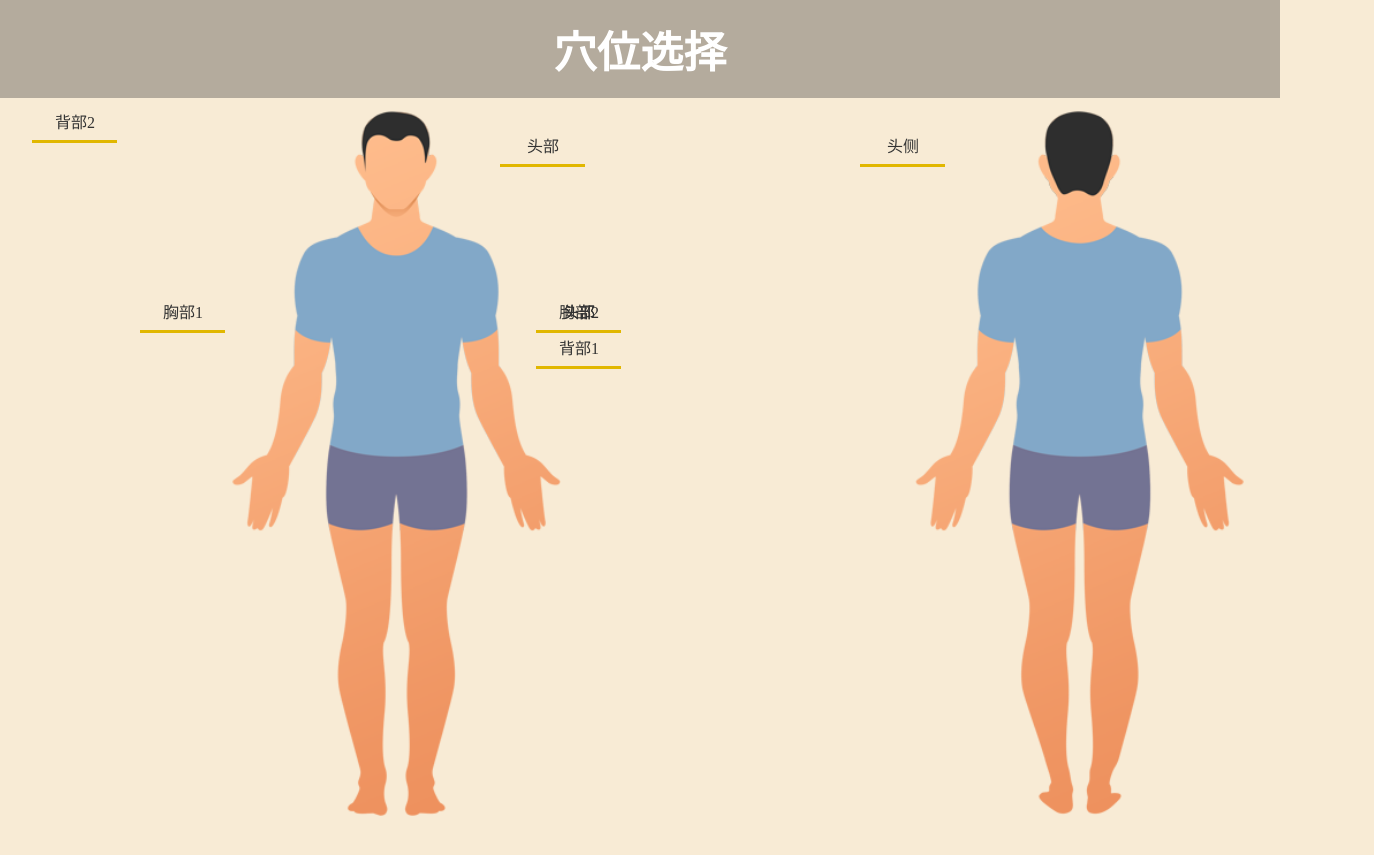
Repository: chjyume/zhongyi
Page: xuewei.html
These files come from the project's save history. The page is drawn as it stood at one moment and after a run of saves; the edit follows.
The browser window is 1280 px wide. The page is 1368 px wide, then 1374 px, so the pictures cover 1374 px, including what lies to the right of the window. The pictures show the whole page.

Above is the page before, as saved 2023-09-12 21:09:30.

### xuewei.html
<!DOCTYPE html>
<html>

<head>
  <meta charset="utf-8" />
  <title>穴位</title>
  <link rel="stylesheet" type="text/css" href="css/xuewei.css">
</head>

<body>
  <header class="top-bar">
    <h1>穴位选择</h1>
  </header>
  <div class="container">
    <img src="img/xuewei/man1.png" alt="正面" class="img1">
    <img src="img/xuewei/man2.png" alt="反面" class="img2">
    <div class="btn1">
      <div class="btn-wrapper"> <svg height="45" width="150" xmlns="#">
          <rect id="button1" height="45" width="150"></rect>
        </svg>
        <div id="text"> <a href="">头部</a> </div>
      </div>
    </div>
    <div class="btn2">
      <div class="btn-wrapper"> <svg height="45" width="150" xmlns="#">
          <rect id="button1" height="45" width="150"></rect>
        </svg>
        <div id="text"> <a href="">头侧</a> </div>
      </div>
    </div>
    <div class="btn3">
      <div class="btn-wrapper"> <svg height="45" width="150" xmlns="#">
          <rect id="button1" height="45" width="150"></rect>
        </svg>
        <div id="text"> <a href="">胸部1</a> </div>
      </div>
    </div>
    <div class="btn4">
      <div class="btn-wrapper"> <svg height="45" width="150" xmlns="#">
          <rect id="button1" height="45" width="150"></rect>
        </svg>
        <div id="text"> <a href="">胸部2</a> </div>
      </div>
    </div>
    <div class="btn5">
      <div class="btn-wrapper"> <svg height="45" width="150" xmlns="#">
          <rect id="button1" height="45" width="150"></rect>
        </svg>
        <div id="text"> <a href="">背部1</a> </div>
      </div>
    </div>
    <div class="btn6">
      <div class="btn-wrapper"> <svg height="45" width="150" xmlns="#">
          <rect id="button1" height="45" width="150"></rect>
        </svg>
        <div id="text"> <a href="">背部2</a> </div>
      </div>
    </div>
    <div class="btn4">
      <div class="btn-wrapper"> <svg height="45" width="150" xmlns="#">
          <rect id="button1" height="45" width="150"></rect>
        </svg>
        <div id="text"> <a href="">头部</a> </div>
      </div>
    </div>
    <div class="btn4">
      <div class="btn-wrapper"> <svg height="45" width="150" xmlns="#">
          <rect id="button1" height="45" width="150"></rect>
        </svg>
        <div id="text"> <a href="">头部</a> </div>
      </div>
    </div>
  </div>
</body>

</html>

### css/xuewei.css
body{
    background-color: rgb(248, 235, 213);
    margin: 0;
    padding: 0;
}
.top-bar {
background-color: #33333358;
color: #fff;
padding: 2.5vh;
text-align: center;
top: 0;
left: 0;
width: 100%;
box-sizing: border-box;

}

.top-bar h1 {
font-size: 6vh;
margin: 0;
}

.img1{
    width: 80vh;
    position: absolute;
    top:10vh;
    left:15vh;
    z-index: 1;
}
.img2 {
    width: 80vh;
    position: absolute;
    top: 10vh;
    left: 110vh;
    z-index: 1;
}
.btn1{
    position: absolute;
    top: 17vh;
    left: 65vh;
}
.btn2 {
    position: absolute;
    top: 17vh;
    left: 115vh;
}
.btn3 {
    position: absolute;
    top: 40vh;
    left: 15vh;
}
.btn4 {
    position: absolute;
    top: 40vh;
    left: 70vh;
}
.btn5 {
    position: absolute;
    top: 45vh;
    left: 70vh;
}
.btn-wrapper {
    z-index: 2;
    position: absolute;
    float: left;
    line-height: 45px;
    display: inline-block;
    margin-right: 2em;
    text-align: center;
}

#button1 {
    stroke-width: 6px;
    fill: transparent;
    stroke:#e1b700;
    stroke-dasharray: 85 400;
    stroke-dashoffset: -228;
    transition: 1s all ease;
}

.btn-wrapper:hover #button1 {
    stroke-dasharray: 50 0;
    stroke-width: 3px;
    stroke-dashoffset: 0;
    stroke: #e1b700;
}

#text {
    margin-top: -60px;
    text-align: center;
}

#text a {
    color: #333;
    text-decoration: none;
    font-weight: 400;
}

After the next 2 saves:
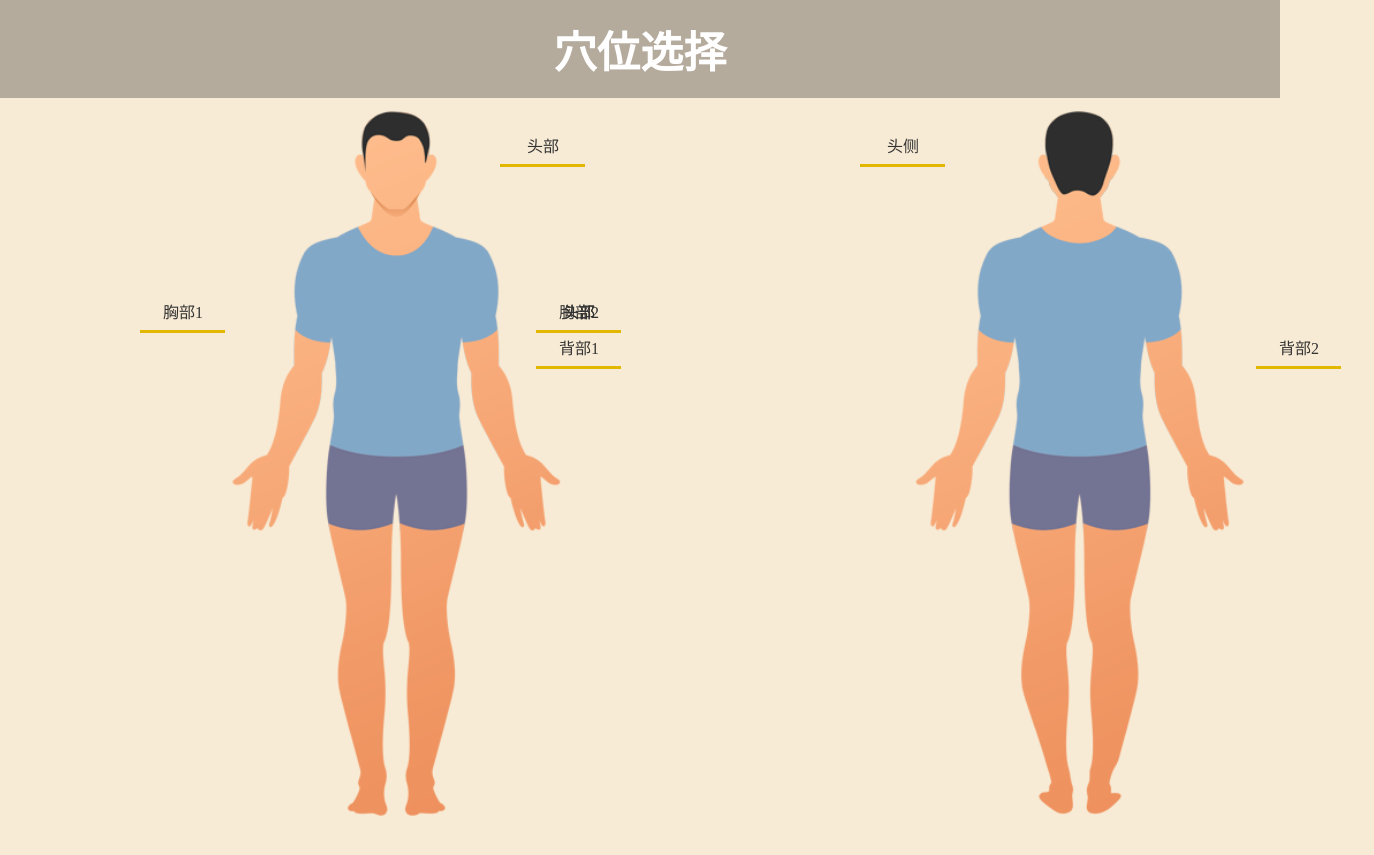
The 2 saves are shown as one change because they came seconds apart.
The last was saved 11 s later.
--- a/css/xuewei.css
+++ b/css/xuewei.css
@@ -59,6 +59,11 @@ margin: 0;
     top: 45vh;
     left: 70vh;
 }
+.btn6 {
+    position: absolute;
+    top: 45vh;
+    left: 170vh;
+}
 .btn-wrapper {
     z-index: 2;
     position: absolute;
